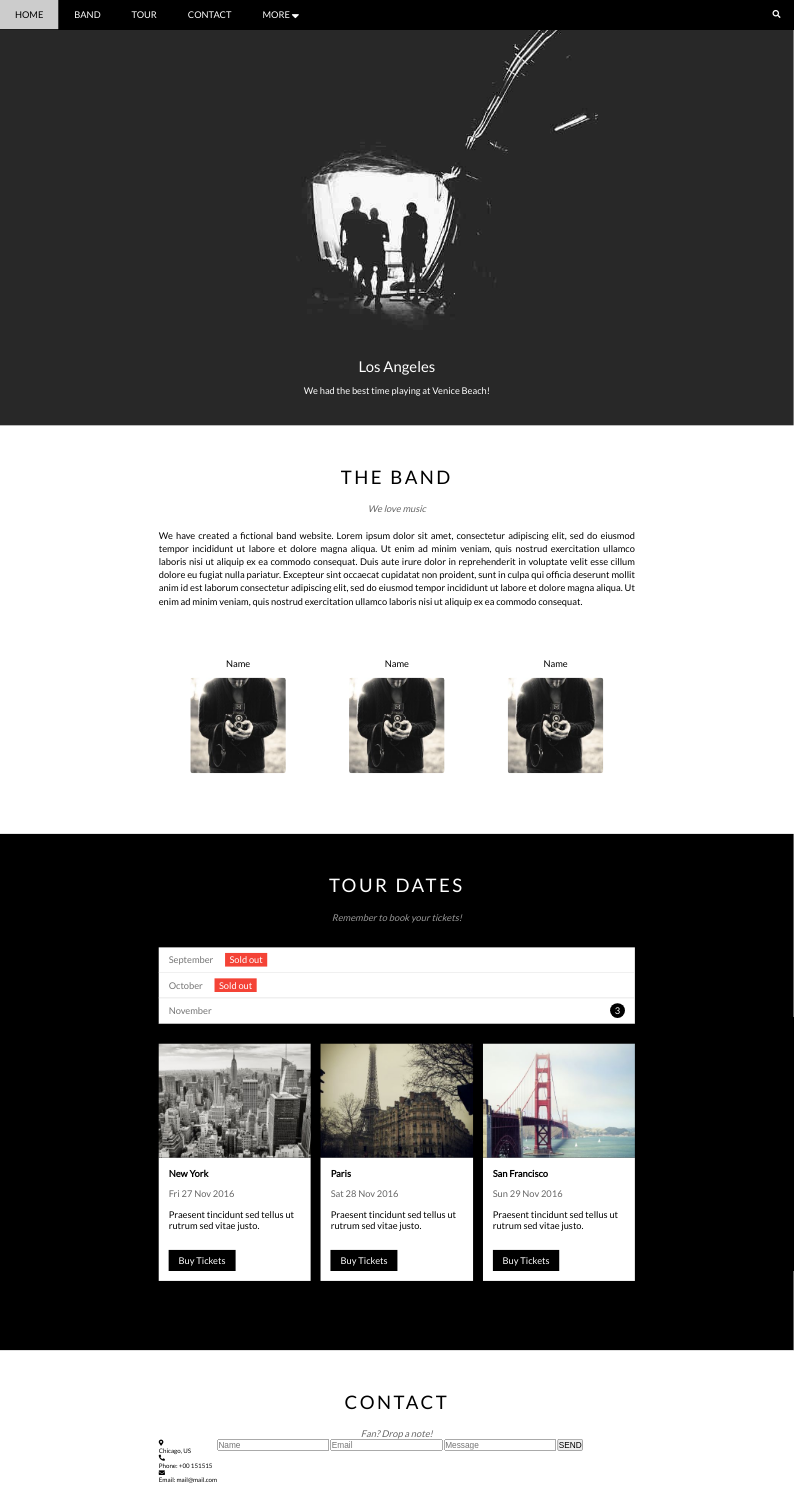
Repository: nguyenthaicong265/w3-band
Page: index.html
These files come from the project's save history. The page is drawn as it stood at one moment and after the next save; the edit follows.
The browser window is 1280 px wide. The pictures show the whole page, at 62% of full size.

Above is the page before, as saved 2021-12-30 00:44:58.

After the next save:
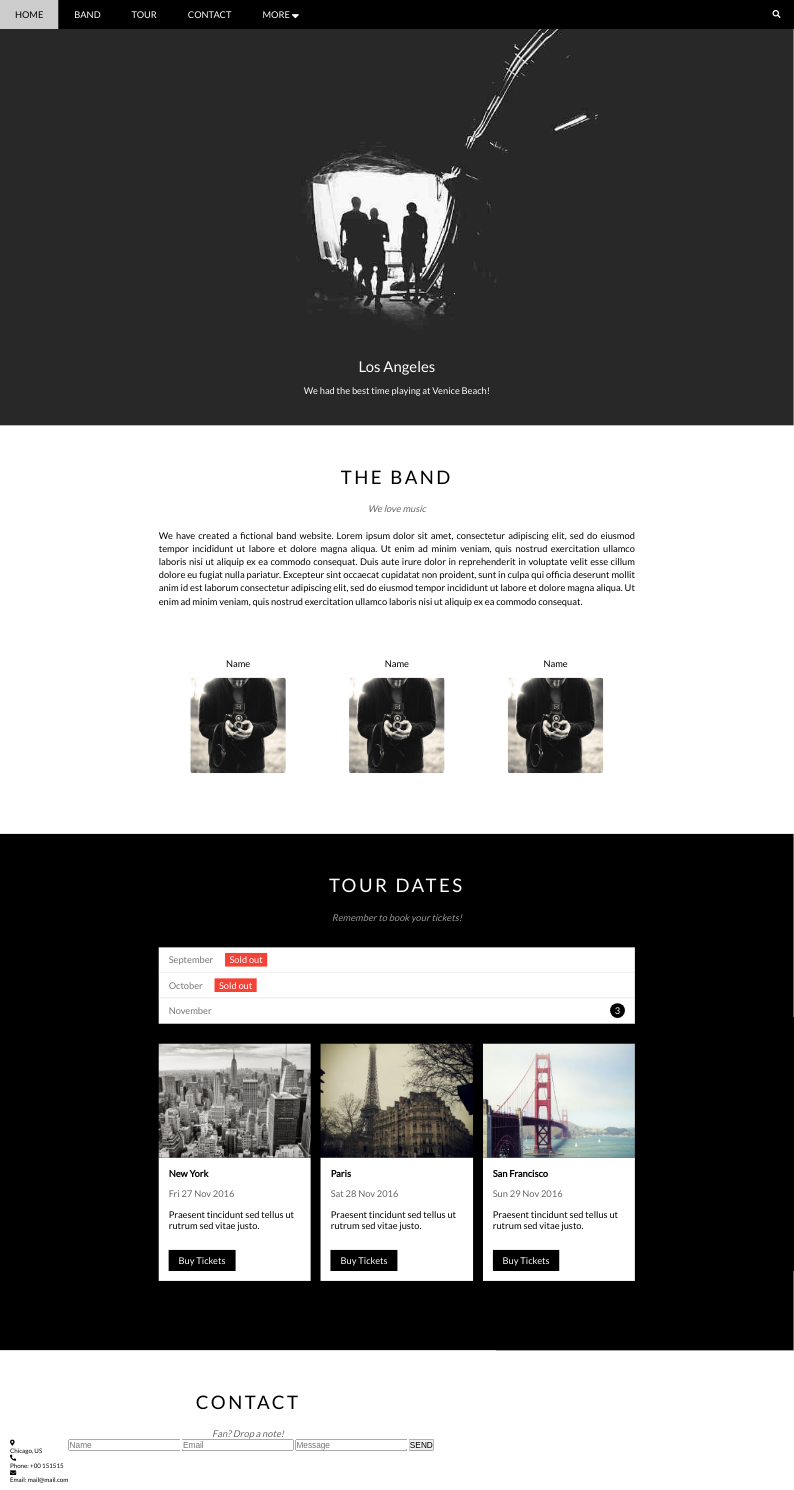
Saved 54 s later.
--- a/assets/css/styles.css
+++ b/assets/css/styles.css
@@ -277,6 +277,7 @@
 .contact-section {
     background-color: #fff;
     width: 100%;
+    max-width: 800px;
 }
 
 .contact-information {

After the save that followed:
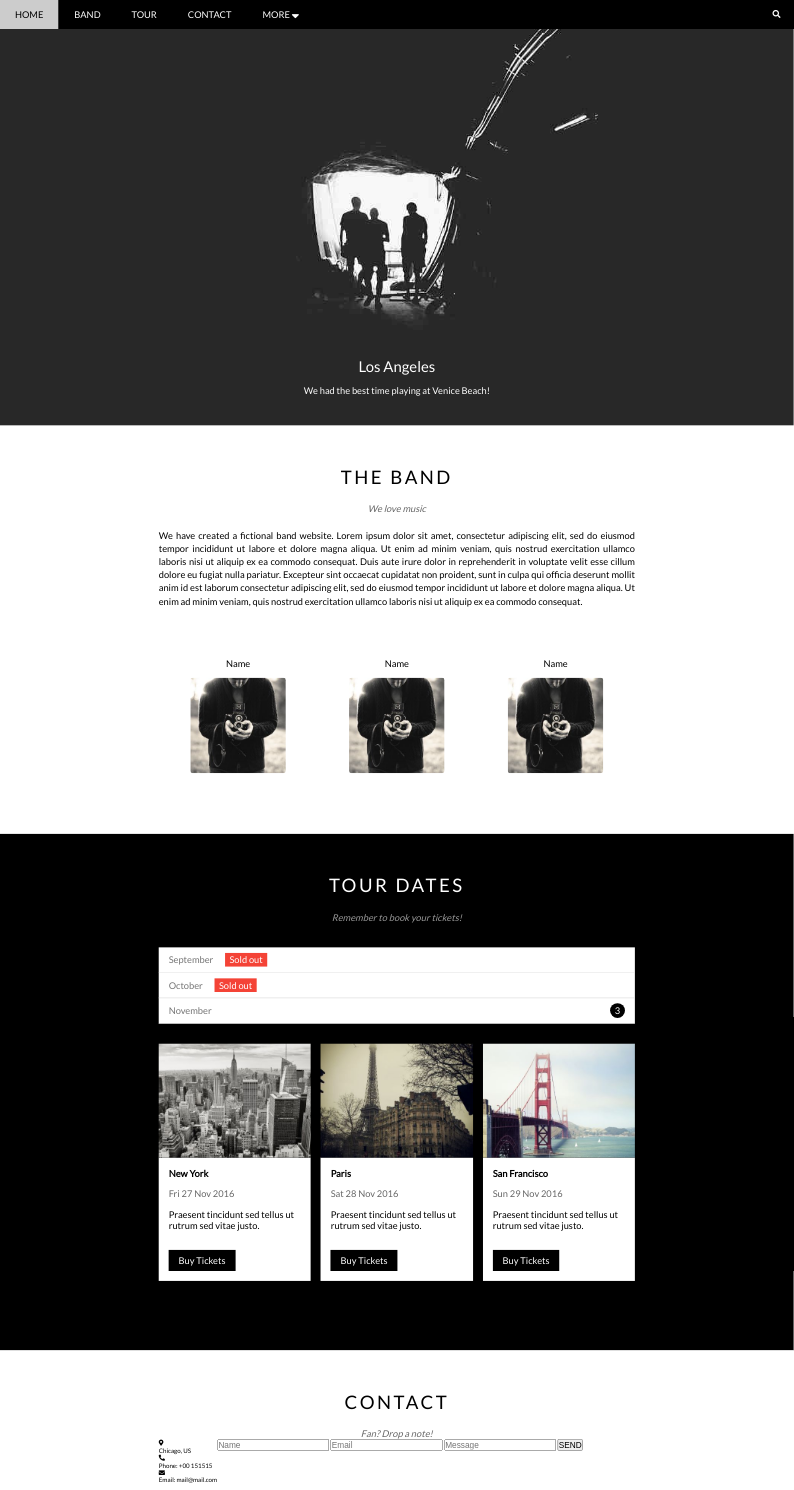
Saved 9 s later.
--- a/assets/css/styles.css
+++ b/assets/css/styles.css
@@ -277,7 +277,7 @@
 .contact-section {
     background-color: #fff;
     width: 100%;
-    max-width: 800px;
+
 }
 
 .contact-information {
